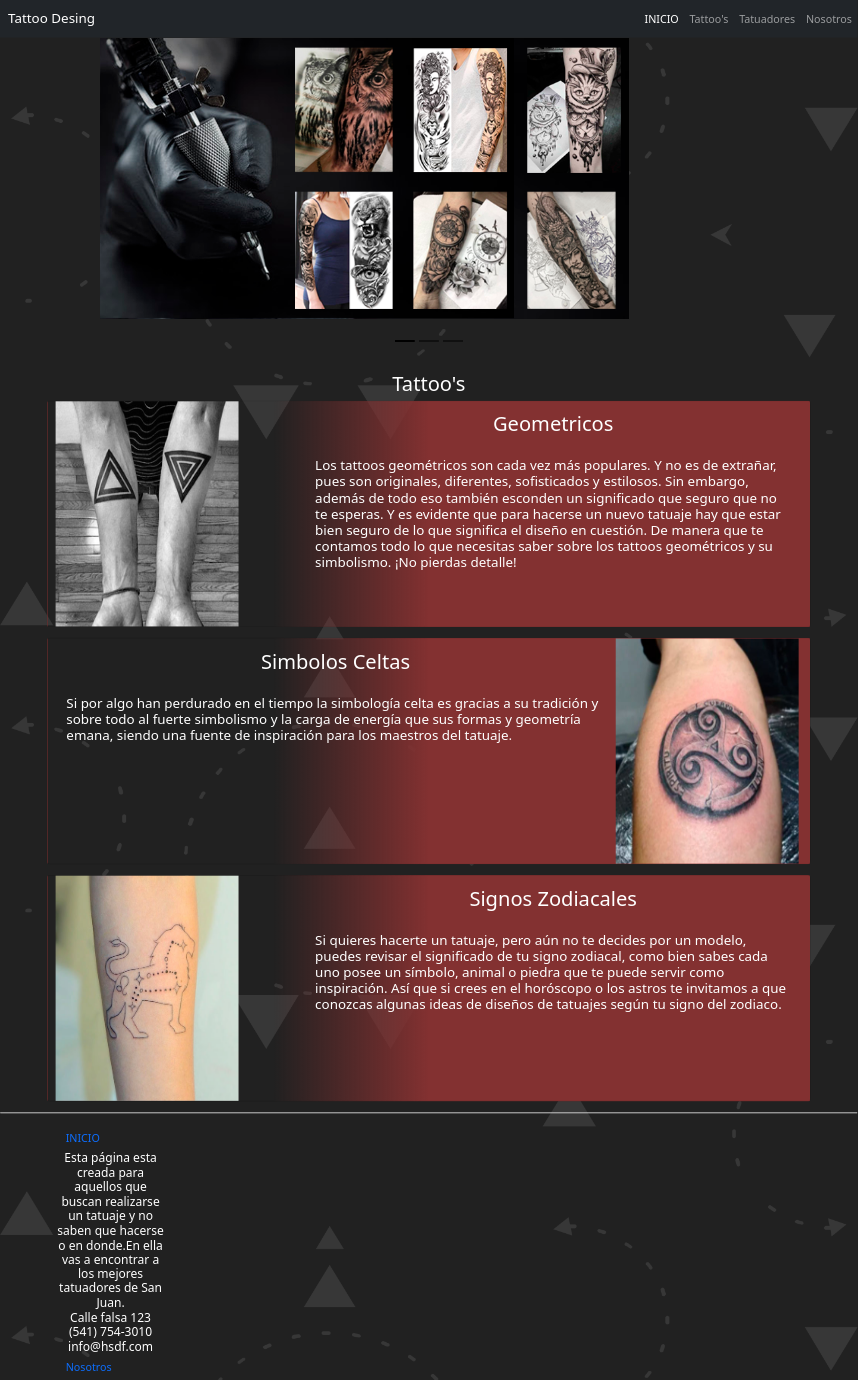
Repository: Vladimir-22/TatooDesign
Page: index.html
An editor plug-in stored every save of this project. The page is shown before and after the next save, followed by the edit.
The browser window is 1280 px wide. The pictures show the whole page, at 67% of full size.
Some web libraries are served in a nearby version.

Above is the page before, as saved 2021-05-19 21:43:47.

### index.html
<!DOCTYPE html>
<html lang="es">
  <head>
    <meta charset="UTF-8" />
    <meta http-equiv="X-UA-Compatible" content="IE=edge" />
    <meta name="viewport" content="width=device-width, initial-scale=1.0" />
    <link
      href="https://cdn.jsdelivr.net/npm/bootstrap@5.0.0-beta3/dist/css/bootstrap.min.css"
      rel="stylesheet"
      integrity="sha384-eOJMYsd53ii+scO/bJGFsiCZc+5NDVN2yr8+0RDqr0Ql0h+rP48ckxlpbzKgwra6"
      crossorigin="anonymous"
    />
    <script
      src="https://cdn.jsdelivr.net/npm/bootstrap@5.0.0-beta3/dist/js/bootstrap.bundle.min.js"
      integrity="sha384-JEW9xMcG8R+pH31jmWH6WWP0WintQrMb4s7ZOdauHnUtxwoG2vI5DkLtS3qm9Ekf"
      crossorigin="anonymous"
    ></script>
    <script
      src="https://cdn.jsdelivr.net/npm/bootstrap@5.0.0-beta3/dist/js/bootstrap.bundle.min.js"
      integrity="sha384-JEW9xMcG8R+pH31jmWH6WWP0WintQrMb4s7ZOdauHnUtxwoG2vI5DkLtS3qm9Ekf"
      crossorigin="anonymous"
    ></script>
    <script
      src="https://cdn.jsdelivr.net/npm/@popperjs/core@2.9.1/dist/umd/popper.min.js"
      integrity="sha384-SR1sx49pcuLnqZUnnPwx6FCym0wLsk5JZuNx2bPPENzswTNFaQU1RDvt3wT4gWFG"
      crossorigin="anonymous"
    ></script>
    <script
      src="https://cdn.jsdelivr.net/npm/bootstrap@5.0.0-beta3/dist/js/bootstrap.min.js"
      integrity="sha384-j0CNLUeiqtyaRmlzUHCPZ+Gy5fQu0dQ6eZ/xAww941Ai1SxSY+0EQqNXNE6DZiVc"
      crossorigin="anonymous"
    ></script>
    <link
      rel="stylesheet"
      href="https://use.fontawesome.com/releases/v5.8.1/css/all.css"
      integrity="sha384-50oBUHEmvpQ+1lW4y57PTFmhCaXp0ML5d60M1M7uH2+nqUivzIebhndOJK28anvf"
      crossorigin="anonymous"
    />
    <link rel="stylesheet" href="css/styles.css" />
    <title>Tattoo Desing</title>
  </head>

  <body>
    <nav class="navbar navbar-expand-lg navbar-dark bg-dark">
      <div class="container-fluid">
        <!-- <i class="fas fa-bars"></i> -->

        <div class="col-md-9">
          <a class="navbar-brand" href="#">Tattoo Desing</a>

          <button
            class="navbar-toggler"
            type="button"
            data-bs-toggle="collapse"
            data-bs-target="#navbarNav"
            aria-controls="navbarNav"
            aria-expanded="false"
            aria-label="Toggle navigation"
          >
            <span class="navbar-toggler-icon"></span>
          </button>
        </div>

        <div class="col-md-3 collapse navbar-collapse" id="navbarNav">
          <ul class="navbar-nav">
            <li class="nav-item">
              <a class="nav-link active" aria-current="page" href="#">INICIO</a>
            </li>
            <li class="nav-item">
              <a class="nav-link" href="tattoo's.html">Tattoo's</a>
            </li>
            <li class="nav-item">
              <a class="nav-link" href="tatuadores.html">Tatuadores</a>
            </li>
            <li class="nav-item">
              <a
                class="nav-link"
                href="nosotros.html"
                tabindex="-1"
                aria-disabled="true"
                >Nosotros</a
              >
            </li>
          </ul>
        </div>
      </div>
    </nav>

    <div class="container">
      <div class="row" id="carrusel">
        <div
          id="carouselExampleDark"
          class="carousel carousel-dark slide"
          data-bs-ride="carousel"
        >
          <div class="carousel-indicators">
            <button
              type="button"
              data-bs-target="#carouselExampleDark"
              data-bs-slide-to="0"
              class="active"
              aria-current="true"
              aria-label="Slide 1"
            ></button>
            <button
              type="button"
              data-bs-target="#carouselExampleDark"
              data-bs-slide-to="1"
              aria-label="Slide 2"
            ></button>
            <button
              type="button"
              data-bs-target="#carouselExampleDark"
              data-bs-slide-to="2"
              aria-label="Slide 3"
            ></button>
          </div>

          <div class="carousel-inner">
            <div class="carousel-item active" data-bs-interval="10000">
              <img
                id="imgCarrusel"
                src="./Agos/Carrusel/trae-tu-diseño.png"
                class="d-block w-20"
                alt="..."
              />
              <!-- <div class="carousel-caption d-none d-md-block">
                            <h5>First slide label</h5>
                            <p>Some representative placeholder content for the first slide.</p>
                        </div> -->
            </div>
            <div class="carousel-item" data-bs-interval="4000">
              <img
                id="imgCarrusel"
                src="./Agos/Carrusel/Tendencias.png"
                class="d-block w-20"
                alt="..."
              />
              <!-- <div class="carousel-caption d-none d-md-block">
                            <h5>Second slide label</h5>
                            <p>Some representative placeholder content for the second slide.</p>
                        </div> -->
            </div>
            <div class="carousel-item" data-bs-interval="2000">
              <img
                id="imgCarrusel"
                src="./Agos/Carrusel/Tatuadores-banner.png"
                class="d-block w-20"
                alt="..."
              />
              <!-- <div class="carousel-caption d-none d-md-block">
                            <h5>Third slide label</h5>
                            <p>Some representative placeholder content for the third slide.</p>
                        </div> -->
            </div>
          </div>

          <!-- <button class="carousel-control-prev" type="button" data-bs-target="#carouselExampleDark" data-bs-slide="prev">
                  <span class="carousel-control-prev-icon" aria-hidden="true"></span>
                  <span class="visually-hidden">Previous</span>
                </button>
                <button class="carousel-control-next" type="button" data-bs-target="#carouselExampleDark" data-bs-slide="next">
                  <span class="carousel-control-next-icon" aria-hidden="true"></span>
                  <span class="visually-hidden">Next</span>
                </button> -->
        </div>
      </div>

      <div class="row section2 text-center">
        <h1>Tattoo's</h1>
      </div>

      <div class="row">
        <!-- <div class="card mb-3">
                <img src="./Pedro/Categorías - Signos Zodiacales/Simbolos Celtas.PNG" class="card-img-top" alt="...">
                <div class="card-body">
                    <h5 class="card-title">Card title</h5>
                    <p class="card-text">This is a wider card with supporting text below as a natural lead-in to additional content. This content is a little bit longer.</p>
                    <p class="card-text"><small class="text-muted">Last updated 3 mins ago</small></p>
                </div>
            </div> -->

        <div id="Geometricos" class="card mb-3" style="max-width: auto">
          <div class="row g-0">
            <div class="col-md-4">
              <img
                id="imagen"
                src="./Pedro/Categorías - descripcion inicio/Tatuajes Geometricos.jpg"
                alt="..."
              />
            </div>
            <div class="col-md-8">
              <div class="card-body">
                <h1 class="card-title">Geometricos</h1>
                <br />
                <h5 id="descrip-gral" class="card-text">
                  Los tattoos geométricos son cada vez más populares. Y no es de
                  extrañar, pues son originales, diferentes, sofisticados y
                  estilosos. Sin embargo, además de todo eso también esconden un
                  significado que seguro que no te esperas. Y es evidente que
                  para hacerse un nuevo tatuaje hay que estar bien seguro de lo
                  que significa el diseño en cuestión. De manera que te contamos
                  todo lo que necesitas saber sobre los tattoos geométricos y su
                  simbolismo. ¡No pierdas detalle!
                </h5>
                <!-- <p class="card-text"><small class="text-muted">Última actualización 3 minutos</small></p> -->
              </div>
            </div>
          </div>
        </div>

        <div id="Celtas" class="card mb-3" style="max-width: auto">
          <div class="row g-0">
            <div class="col-md-9">
              <div class="card-body">
                <h1 class="card-title">Simbolos Celtas</h1>
                <br />
                <h5 id="descrip-gral" class="card-text">
                  Si por algo han perdurado en el tiempo la simbología celta es
                  gracias a su tradición y sobre todo al fuerte simbolismo y la
                  carga de energía que sus formas y geometría emana, siendo una
                  fuente de inspiración para los maestros del tatuaje.
                </h5>
                <!-- <p class="card-text"><small class="text-muted">Última actualización 3 minutos</small></p> -->
              </div>
            </div>
            <div class="col-md-3">
              <img
                id="imagen"
                src="./Pedro/Categorías - descripcion inicio/Simbolos Celtas.jpg"
                alt="..."
              />
            </div>
          </div>
        </div>

        <div id="Zodiacales" class="card mb-3" style="max-width: auto">
          <div class="row g-0">
            <div class="col-md-4">
              <img
                id="imagen"
                src="./Pedro/Categorías - descripcion inicio/Signos Zodiacales.jpg"
                alt="..."
              />
            </div>
            <div class="col-md-8">
              <div class="card-body">
                <h1 class="card-title">Signos Zodiacales</h1>
                <br />
                <h5 id="descrip-gral" class="card-text">
                  Si quieres hacerte un tatuaje, pero aún no te decides por un
                  modelo, puedes revisar el significado de tu signo zodiacal,
                  como bien sabes cada uno posee un símbolo, animal o piedra que
                  te puede servir como inspiración. Así que si crees en el
                  horóscopo o los astros te invitamos a que conozcas algunas
                  ideas de diseños de tatuajes según tu signo del zodiaco.
                </h5>
                <!-- <p class="card-text"><small class="text-muted">Última actualización 3 minutos</small></p> -->
              </div>
            </div>
          </div>
        </div>
      </div>
    </div>
  </body>
  <footer>
    <div class="footer" id="footer">
      <div id="footer" class="card mb-3" style="auto"></div>
        <div class="container">
            <div class="row">
                <div class="col-md-2">
                    <div class="col align-self-start">
                        <a class="nav-link active" aria-current="page" href="#">INICIO</a>
                    </div>
                </div>
            </div>
            <div class="row">
                <div class="col-md-2">
                    <h3 id="descrip-gral" class="card-text">
                        Esta página esta creada para aquellos que buscan realizarse un
                        tatuaje y no saben que hacerse o en donde.En ella vas a
                        encontrar a los mejores tatuadores de San Juan.<br />
                        Calle falsa 123<br />
                        (541) 754-3010<br />
                        info@hsdf.com<br />
                    </h3>
                </div>
            </div>
            <div class="row">
                <div class="col-md-2 ">
                    <a class="nav-link" href="nosotros.html" tabindex="-1" aria-disabled="true" >Nosotros</a>
                </div>
            </div>
      </div>
    </div>
  </footer>
</html>

### css/styles.css
body {
    margin: 0 !important;
    padding: 0;
    position: relative;
    /*width: 1440px;
    height: 1024px;*/
    background: #212121;
    background-image: url(../Daniela/Background.png);
    background-position: center;
    background-size: contain;
    /* font-family: NanumGothic; */
}

.section2 {
    margin-top: 7%;
    color: white;
}

.section3 {
    margin-top: 3%;
    color: white;
}

h1 {
    font-size: 30px;
}

h2 {
    font-size: 21px;
}

h3 {
    font-size: 18px;
}

h1,
h2,
h3 {
    color: white;
    text-align: center;
}


/*.card img {
    width: 30%;
    height: 30%;
    align-content: center;
} */

nav {
    position: absolute;
    left: 0% !important;
    right: 0% !important;
    top: 0% !important;
    bottom: 0% !important;
    background: #000000 !important;
}

.carousel-indicators {
    left: 0% !important;
    right: 0% !important;
    top: 105% !important;
    bottom: 0% !important;
    margin-top: 0% !important;
}

.carousel-inner {
    left: 6% !important;
    right: 0% !important;
    top: 0% !important;
}



#Geometricos,
#Celtas,
#Zodiacales{
    background: linear-gradient(270deg, #833131 50%, rgba(131, 49, 49, 0) 70.34%);
    border-radius: 4px;
}

#nosotros
{
    background: none;
}

#descrip-gral {
    color: white;
}

#imagen {
    width: 273px;
    height: 336px;
}

#Celtas #imagen {
    right: 100% !important;
    top: 660px;
}

After the next save:
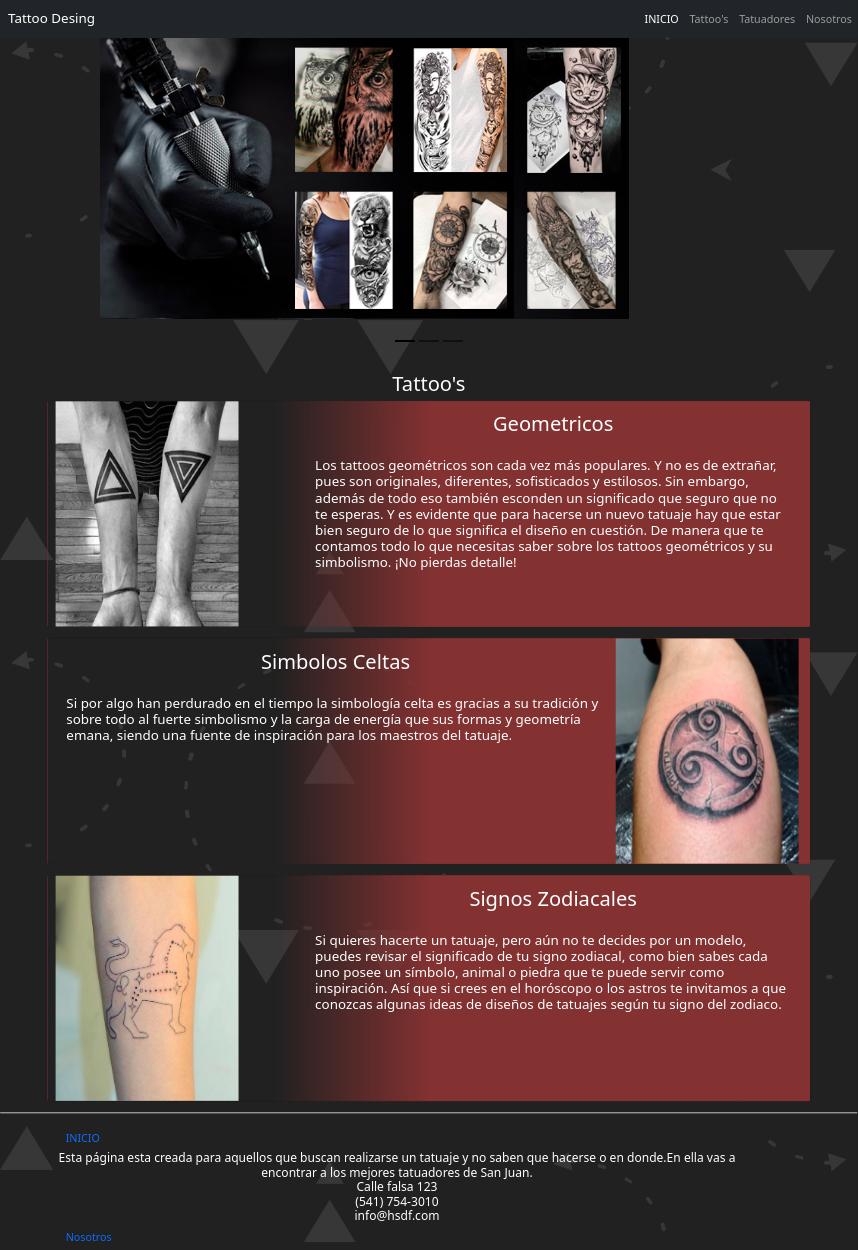
Saved 14 s later.
--- a/index.html
+++ b/index.html
@@ -275,7 +275,7 @@
                 </div>
             </div>
             <div class="row">
-                <div class="col-md-2">
+                <div class="col-md-11">
                     <h3 id="descrip-gral" class="card-text">
                         Esta página esta creada para aquellos que buscan realizarse un
                         tatuaje y no saben que hacerse o en donde.En ella vas a
